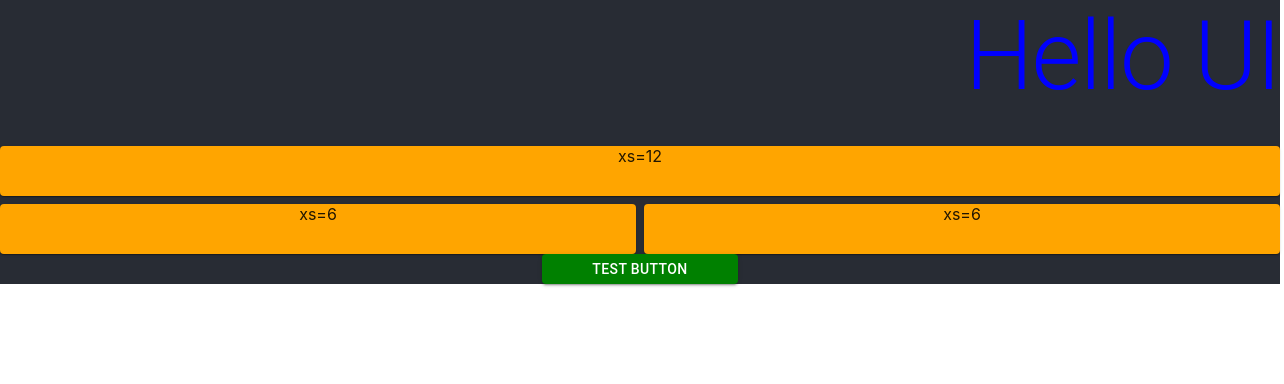
Repository: ShunsukeTanizaki/COVID19-Live
Page: /
An editor plug-in stored every save of this project. The page is shown before and after the next save, followed by the edit.
The browser window is 1280 px wide. The page is 1284 px wide, so the pictures cover 1284 px, including what lies to the right of the window. The pictures show the whole page.
The project was rebuilt for these pictures with package versions that can differ from the ones it lists, and the page was loaded fresh each time.

Above is the page before, as saved 2020-11-07 23:35:59.

### src/App.tsx
import React from "react";
// import logo from "./logo.svg";
import "./App.css";
import LinePlot from "./components/LinePlot";
import PiePlot from "./components/PiePlot";
import BarPlot from "./components/BarPlot";
import RaderPlot from "./components/RaderPlot";
import BubblePlot from "./components/BubblePlot";
import MaterialUI from "./components/MaterialUI ";

function App() {
    return (
        <div className="App">
            {/* <LinePlot />
            <PiePlot />
            <BarPlot />
            <RaderPlot />
            <BubblePlot /> */}

            <MaterialUI />
        </div>
    );
}

export default App;

### src/App.css
.App {
    background-color: #282c34;
    text-align: center;
}

.App-logo {
    height: 40vmin;
    pointer-events: none;
}

@media (prefers-reduced-motion: no-preference) {
    .App-logo {
        animation: App-logo-spin infinite 20s linear;
    }
}

.App-header {
    background-color: #282c34;
    min-height: 100vh;
    display: flex;
    flex-direction: column;
    align-items: center;
    justify-content: center;
    font-size: calc(10px + 2vmin);
    color: white;
}

.App-link {
    color: #61dafb;
}

@keyframes App-logo-spin {
    from {
        transform: rotate(0deg);
    }
    to {
        transform: rotate(360deg);
    }
}

### src/components/MaterialUI .tsx
import React from "react";
import { Button, makeStyles, Typography, Grid, Paper } from "@material-ui/core";

const useStyles = makeStyles({
    btnStyle: {
        background: "green",
        padding: "3px 50px"
    },
    typoStyle: {
        color: "blue"
    },
    paperStyle: {
        background: "orange",
        height: "50px"
    }
});

const MaterialUI: React.FC = () => {
    const classes = useStyles();
    return (
        <div>
            <Typography
                className={classes.typoStyle}
                color="secondary"
                variant="h1"
                align="right"
                gutterBottom
            >
                Hello UI
            </Typography>

            <Grid container spacing={1}>
                <Grid item xs={12}>
                    <Paper className={classes.paperStyle}>xs=12</Paper>
                </Grid>
                <Grid item xs={6}>
                    <Paper className={classes.paperStyle}>xs=6</Paper>
                </Grid>
                <Grid item xs={6}>
                    <Paper className={classes.paperStyle}>xs=6</Paper>
                </Grid>
            </Grid>

            <Button
                className={classes.btnStyle}
                variant="contained"
                color="primary"
            >
                test Button
            </Button>
        </div>
    );
};

export default MaterialUI;

Loaded but not shown: public/index.html (common file); src/index.tsx (common file); src/index.css (common file); src/reportWebVitals.ts (common file)

After the next save:
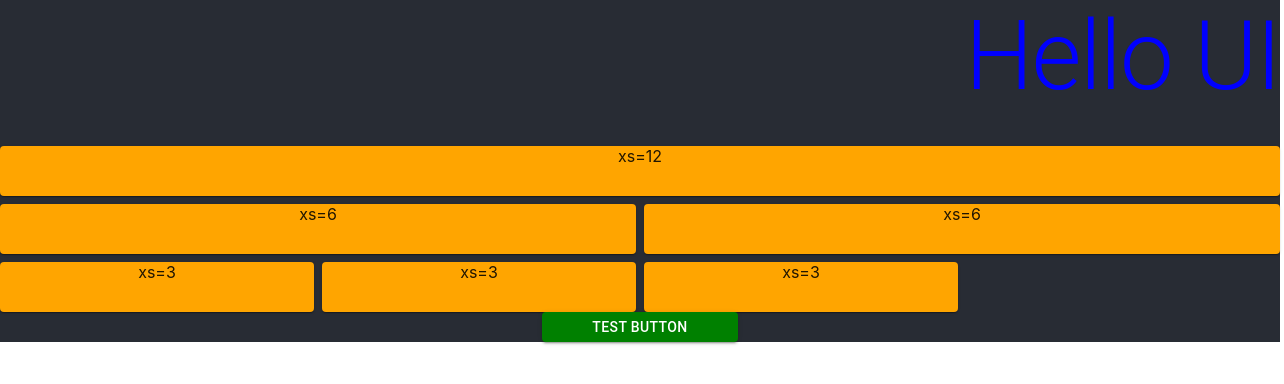
Saved 74 s later.
--- a/src/components/MaterialUI .tsx
+++ b/src/components/MaterialUI .tsx
@@ -39,6 +39,15 @@ const MaterialUI: React.FC = () => {
                 <Grid item xs={6}>
                     <Paper className={classes.paperStyle}>xs=6</Paper>
                 </Grid>
+                <Grid item xs={3}>
+                    <Paper className={classes.paperStyle}>xs=3</Paper>
+                </Grid>
+                <Grid item xs={3}>
+                    <Paper className={classes.paperStyle}>xs=3</Paper>
+                </Grid>
+                <Grid item xs={3}>
+                    <Paper className={classes.paperStyle}>xs=3</Paper>
+                </Grid>
             </Grid>
 
             <Button
